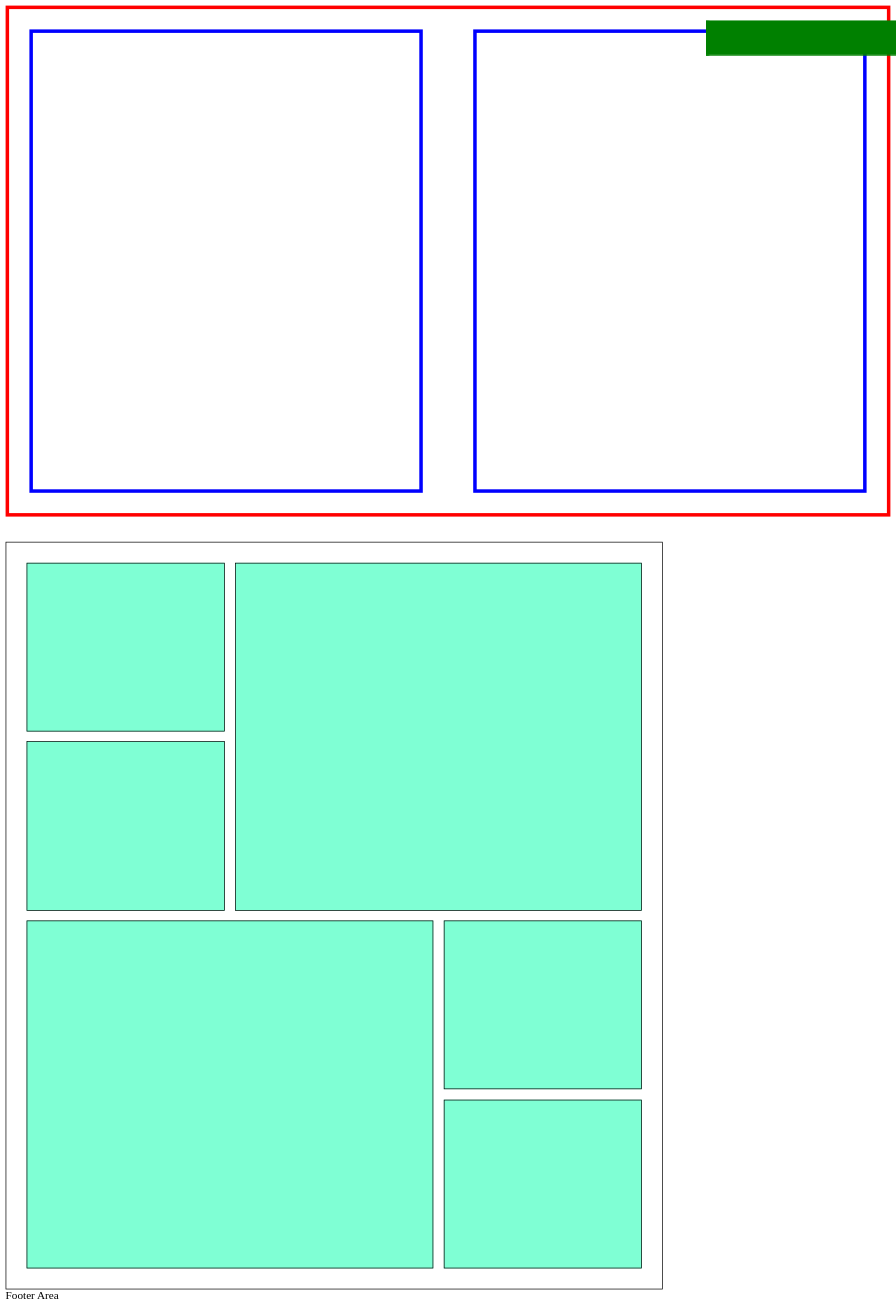
Repository: BwesewB/Brutalist-Website
Page: /
The author's editor kept a copy of each file at every save. The page is drawn from the files as they stood at one save, then again after a run of saves.
The browser window is 1280 px wide. The pictures show the whole page, at 70% of full size.
The project was rebuilt for these pictures with package versions that can differ from the ones it lists, and the page was loaded fresh each time. The framework's server and built-in components were replaced by stand-ins that run in the browser. Also part of the build but not shown: next.config.mjs.

Above is the page before, as saved 2024-02-03 17:31:04.

### pages/index.js
import Head from "next/head";
import Image from "next/image";
import styles from "@/styles/Home.module.css";
import { useState } from "react";



export default function Home() {

  const[input,setInput] = useState();


  const classFilters = {
    1: 'Magician',
    2: 'Theif',
    4: 'Warrior',
    8: 'Bowman',
    16: 'Pirate',
    32: 'Nothing'
  }

const getClassStyle = flagValue => (input & flagValue) > 0 ? { backgroundColor: 'yellow'} : null;

  return (
    <>
      <Head>
        <title>Create Next App</title>
        <meta name="description" content="Generated by create next app" />
        <meta name="viewport" content="width=device-width, initial-scale=1" />
        <link rel="icon" href="/favicon.ico" />
      </Head>
      <main className={`${styles.main}`}>
        <div className={styles.titlePage}>
          <div className={styles.graphic}></div>
          <div className={styles.displayPanel}>
            <div className={styles.inputArea}></div>
          </div>
        </div>
        <div className={styles.displayArea}>
          <div className={styles.posterOne}></div>
          <div className={styles.posterTwo}></div>
          <div className={styles.posterThree}></div>
          <div className={styles.posterFour}></div>
          <div className={styles.posterFive}></div>
          <div className={styles.posterSix}></div>
        </div>
      </main>
      <footer>
        Footer Area
      </footer>
    </>
  );
}

{/* <div class="inputArea">
<input
id="input"
type="text"
placeholder="bitmask decimal value"
value={input}
onChange={event => setInput(event.target.value)}
/>
</div>
<div class="posterArea" >                                                             need to change to posters
<table>
  <tbody>
    {
      Object.keys(classFilters).map(item => (
        <tr key={item} style={getClassStyle(item)}>
          <td>{item}</td>
          <td>{classFilters[item]}</td>
        </tr>
      ))
    }
  </tbody>
</table>
</div> */}

### styles/globals.css
:root{

}

### styles/Home.module.css
.main {
  display:grid;
  grid-template-columns: repeat(4, 1fr);
  gap:5vh;
}

/* <div class="titlePage">
<div class="graphic"></div>
<div class="inputArea"></div>
</div>
<div class="displayArea">
<div class="posterOne"></div>
<div class="posterTwo"></div>
<div class="posterThree"></div>
<div class="posterFour"></div>
<div class="posterFive"></div>
<div class="posterSix"></div>
</div> */

.titlePage{
  height:100vh;
  grid-column: 1/5;
  border: 5px solid red;
/*---------------------------------------------------------------------------------------------------------*/
  display:grid;
  grid-template-columns: repeat(2, 1fr);
  gap:2vh;
}

.graphic, .displayPanel{
  border: 5px solid blue;
  margin:4vh;
}

.graphic{
  grid-column: 1/2;

}

.displayPanel{
  grid-column: 2/3;
  grid-template-columns: repeat(2, 1fr);
  gap:4vh
}

.inputArea{
  position:fixed;
  border-left: 5px solid green;
  background-color: green;
  position: fixed;
  top: 4vh;
  left: 140vh;
  width: 25%;
  height: 50px;
}

/*---------------------------------------------------------------------------------------------------------*/
.displayArea {
  grid-column: 1/4;
/*--------------------------------------------------------------------------------------------------------- This needs to be in a component*/
  display: grid;
  grid-template-columns: repeat(3, 1fr);
  grid-template-rows: repeat(4, 1fr);
  gap: 2vh;
  border: 1px solid black;
  height:140vh;
  padding: 4vh;
}
/*---------------------------------------------------------------------------------------------------------*/

.posterOne,
.posterTwo,
.posterThree,
.posterFour,
.posterFive,
.posterSix {
  background-color: aquamarine;
  border: 1px solid black;
}

.posterTwo{
  grid-column: 2/4;
  grid-row: 1/3;
}

.posterFour{
  grid-column: 1/3;
  grid-row: 3/5;
}

Loaded but not shown: pages/_app.js (common file); pages/_document.js (common file)

After the next 2 saves:
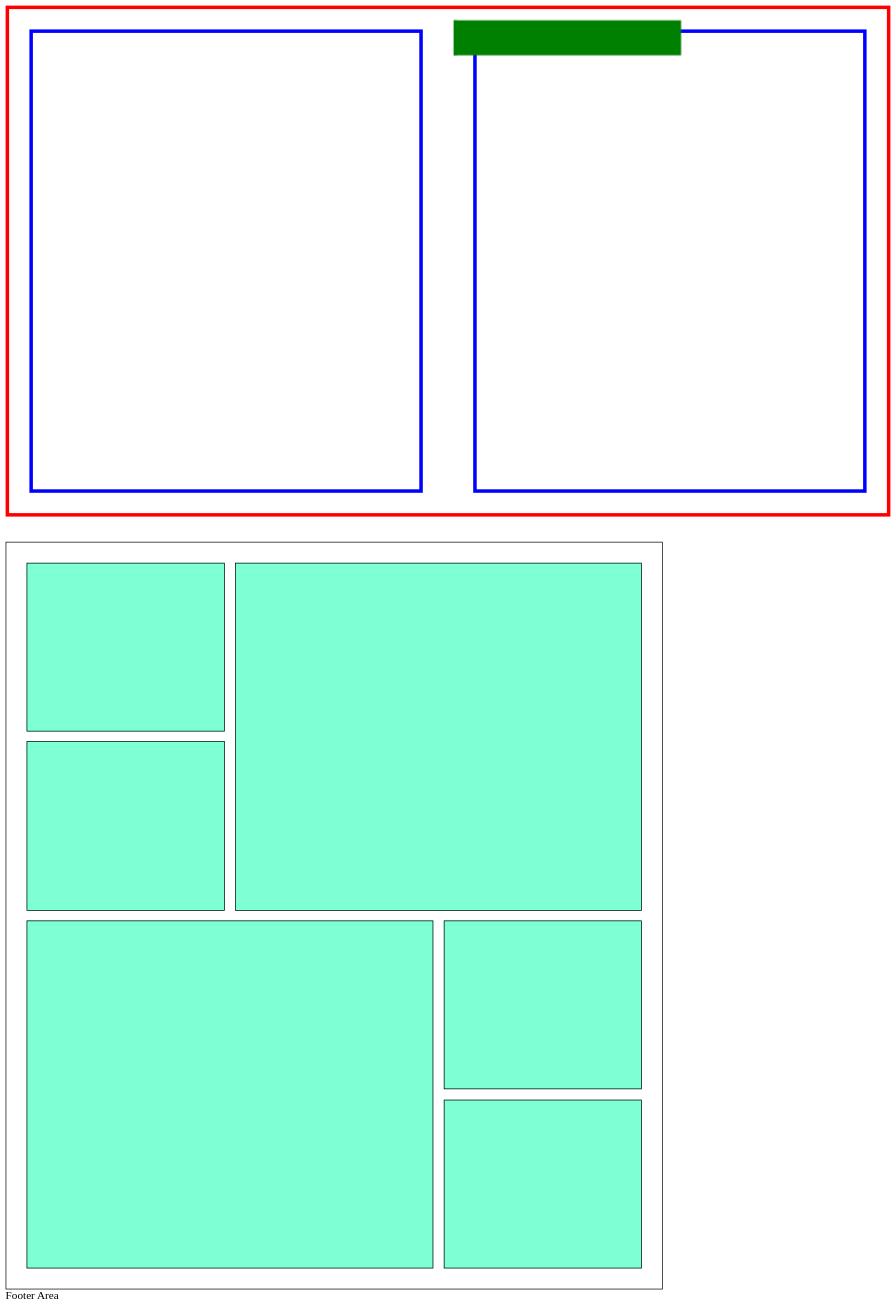
The 2 saves are shown as one change because they came seconds apart.
The last was saved 8 s later.
--- a/styles/Home.module.css
+++ b/styles/Home.module.css
@@ -49,7 +49,7 @@
   background-color: green;
   position: fixed;
   top: 4vh;
-  left: 140vh;
+  left: 90vh;
   width: 25%;
   height: 50px;
 }

After the 2 saves that followed:
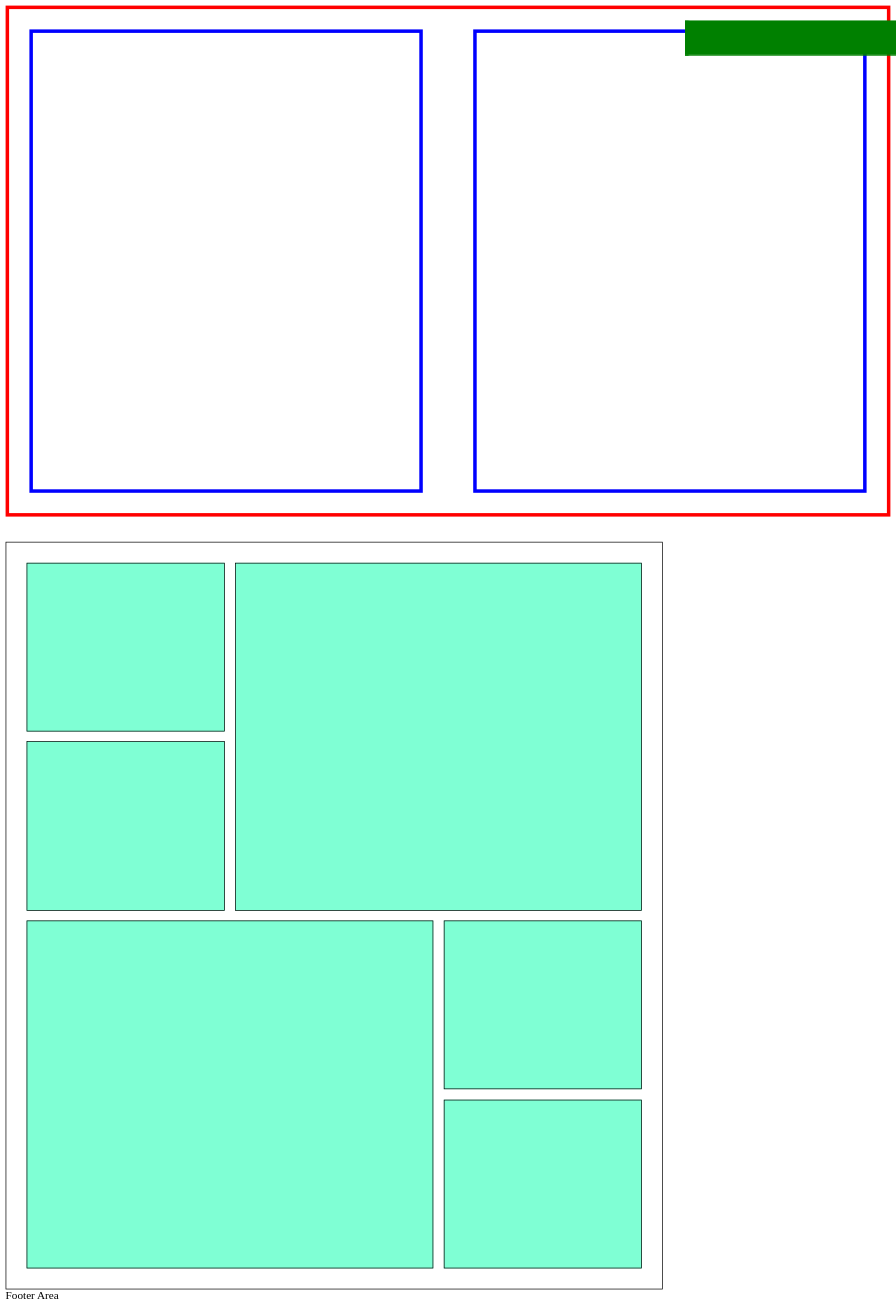
The 2 saves are shown as one change because they came seconds apart.
The last was saved 45 s later.
--- a/styles/Home.module.css
+++ b/styles/Home.module.css
@@ -49,7 +49,7 @@
   background-color: green;
   position: fixed;
   top: 4vh;
-  left: 90vh;
+  left: 136vh;
   width: 25%;
   height: 50px;
 }
